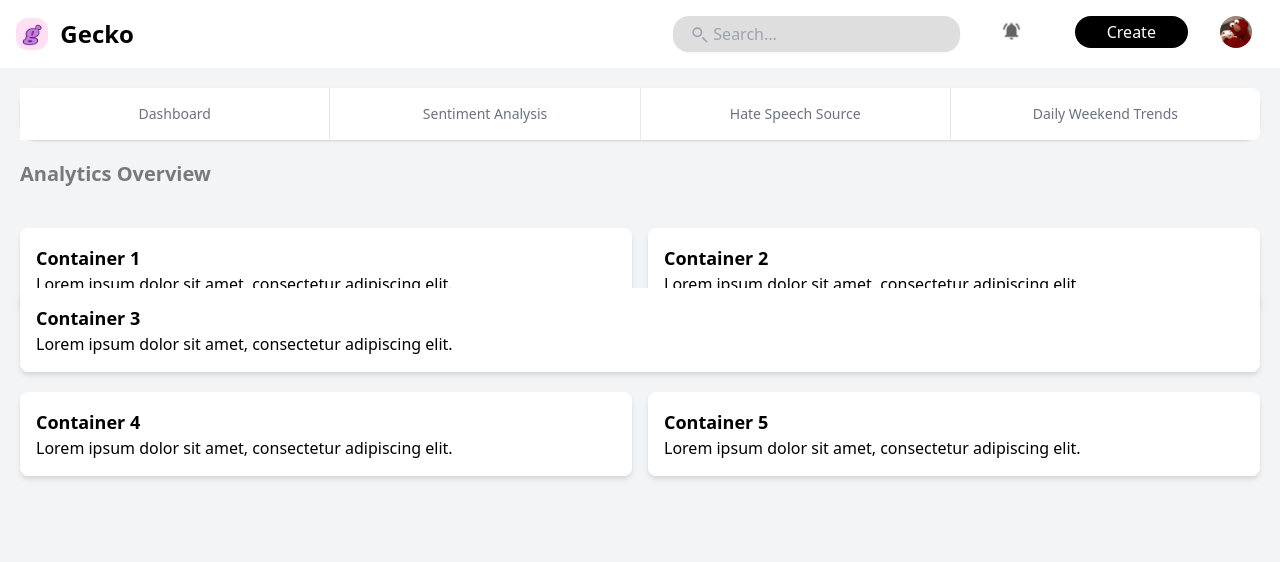
Repository: theamgri/thesis-website-nextjs
Page: website.html
The author's editor kept a copy of each file at every save. The page is drawn from the files as they stood at one save, then again after the next save.
The browser window is 1280 px wide. The pictures show the whole page.

Above is the page before, as saved 2023-10-02 09:26:02.

### website.html
<!DOCTYPE html>
<html lang="en">
<head>
    <meta charset="UTF-8">
    <meta name="viewport" content="width=device-width, initial-scale=1.0">
    <title>Gecko</title>
    <link rel="icon" type="image/x-icon" href="/images/icon.png">
    <link href="https://cdn.jsdelivr.net/npm/tailwindcss@2.2.19/dist/tailwind.min.css" rel="stylesheet">


</head>
<body class="bg-gray-100">

<nav class="bg-white drop-shadow-2xl border-gray-200 dark:bg-gray-900">
    <div class="flex flex-wrap items-center justify-between mx-auto p-4">
      <a href="." class="flex items-center">
          <img src="images/icon.png" class="h-8 mr-3 rounded-xl" alt="Logo" />
          <span class="self-center text-2xl font-semibold whitespace-nowrap dark:text-white">Gecko</span>
      </a>
      <button data-collapse-toggle="navbar-default" type="button" class="inline-flex items-center p-2 w-10 h-10 justify-center text-sm text-gray-500 rounded-lg md:hidden hover:bg-gray-100 focus:outline-none focus:ring-2 focus:ring-gray-200 dark:text-gray-400 dark:hover:bg-gray-700 dark:focus:ring-gray-600" aria-controls="navbar-default" aria-expanded="false">
          <span class="sr-only">Open main menu</span>
          <svg class="w-5 h-5" aria-hidden="true" xmlns="http://www.w3.org/2000/svg" fill="none" viewBox="0 0 17 14">
              <path stroke="currentColor" stroke-linecap="round" stroke-linejoin="round" stroke-width="2" d="M1 1h15M1 7h15M1 13h15"/>
          </svg>
      </button>
      <div class="hidden w-full md:block md:w-auto drop-shadow-2xl" id="navbar-default">
        <ul class="font-medium flex flex-col p-4 md:p-0 mt-4 border border-gray-100 rounded-lg bg-gray-50 md:flex-row md:space-x-8 md:mt-0 md:border-0 md:bg-white dark:bg-gray-800 md:dark:bg-gray-900 dark:border-gray-700">
            <li>
                <div class="relative">
                    <input
                        type="text"
                        placeholder="Search..."
                        class="block w-full py-2 pl-10 pr-4 leading-5 rounded-2xl shadow-sm focus:ring focus:ring-blue-200 border-gray-300" style="background-color: #DEDEDE;"
                    />
                    <div class="absolute inset-y-0 left-0 pl-4 flex items-center pointer-events-none">
                        <svg
                            class="w-5 h-5 text-gray-400"
                            fill="none"
                            stroke="currentColor"
                            viewBox="0 0 24 24"
                            xmlns="http://www.w3.org/2000/svg"
                        >
                            <path
                                stroke-linecap="round"
                                stroke-linejoin="round"
                                stroke-width="2"
                                d="M21 21l-4.35-4.35"
                            />
                            <path
                                stroke-linecap="round"
                                stroke-linejoin="round"
                                stroke-width="2"
                                d="M15 10a5 5 0 11-10 0 5 5 0 0110 0z"
                            />
                        </svg>
                    </div>
                </div>

              </li>
            <li>
              <img src="images/bellbutton.png" class="h-8 mr-3 rounded-xl" alt="Notification Bell" />
          </li>
          <li>
            <button class="bg-black drop-shadow-2xl hover:bg-blue-700 text-white font-normal py-1 px-8 rounded-full">
              Create
            </button>
          </li>
          <li>
            <a href="your-link-here">
                <img src="images/user.jpg" class="h-8 mr-3 rounded-full" alt="Notification Bell" />
            </a>
        </li>


        </ul>
      </div>
    </div>
  </nav>
<!-- //SIDE NAVBAR -->


<div class="sm:hidden">
  <label for="tabs" class="sr-only">Select your country</label>
  <select id="tabs" class="bg-gray-50 border border-gray-300 text-gray-900 text-sm rounded-lg focus:ring-blue-500 focus:border-blue-500 block w-full p-2.5 dark:bg-gray-700 dark:border-gray-600 dark:placeholder-gray-400 dark:text-white dark:focus:ring-blue-500 dark:focus:border-blue-500">
      <option>Profile</option>
      <option>Canada</option>
      <option>France</option>
      <option>Germany</option>
  </select>
</div>
<ul class="m-5 rounded-2xl drop-shadow-xl hidden text-sm font-medium text-center text-gray-500 divide-x divide-gray-200 rounded-lg shadow sm:flex dark:divide-gray-700 dark:text-gray-400">
  <li class="w-full">
      <a href="#" class="inline-block w-full p-4 bg-white hover:text-gray-700 hover:bg-gray-50 focus:ring-4 focus:ring-blue-300 focus:outline-none dark:hover:text-white dark:bg-gray-800 dark:hover:bg-gray-700" aria-current="page">Dashboard</a>
  </li>
  <li class="w-full">
      <a href="#" class="inline-block w-full p-4 bg-white hover:text-gray-700 hover:bg-gray-50 focus:ring-4 focus:ring-blue-300 focus:outline-none dark:hover:text-white dark:bg-gray-800 dark:hover:bg-gray-700">Sentiment Analysis</a>
  </li>
  <li class="w-full">
      <a href="#" class="inline-block w-full p-4 bg-white hover:text-gray-700 hover:bg-gray-50 focus:ring-4 focus:ring-blue-300 focus:outline-none dark:hover:text-white dark:bg-gray-800 dark:hover:bg-gray-700">Hate Speech Source</a>
  </li>
  <li class="w-full">
      <a href="#" class="inline-block w-full p-4 bg-white rounded-r-lg hover:text-gray-700 hover:bg-gray-50 focus:ring-4 focus:outline-none focus:ring-blue-300 dark:hover:text-white dark:bg-gray-800 dark:hover:bg-gray-700">Daily Weekend Trends</a>
  </li>

</ul>



  <!-- <div class="mx-auto w-3/5 overflow-hidden">
    <canvas
      data-te-chart="bar"
      data-te-dataset-label="Traffic"
      data-te-labels="['Monday', 'Tuesday' , 'Wednesday' , 'Thursday' , 'Friday' , 'Saturday' , 'Sunday ']"
      data-te-dataset-data="[2112, 2343, 2545, 3423, 2365, 1985, 987]">
    </canvas>
  </div> -->

  <div class="ml-5 text-left font-bold text-xl opacity-50">
    <h1>Analytics Overview</h1>
  </div>


  <div class="container mx-auto mt-10">
    <div class="m-5 h-10 grid grid-cols-1 md:grid-cols-2 lg:grid-cols-2 xl:grid-cols-2 gap-4">
        <!-- Container 1 -->
        <div class="bg-white p-4 rounded-lg shadow-md">
            <h2 class="text-lg font-semibold">Container 1</h2>
            <p>Lorem ipsum dolor sit amet, consectetur adipiscing elit.</p>
        </div>

        <!-- Container 2 -->
        <div class="bg-white p-4 rounded-lg shadow-md">
            <h2 class="text-lg font-semibold">Container 2</h2>
            <p>Lorem ipsum dolor sit amet, consectetur adipiscing elit.</p>
        </div>
    </div>
    <div class="m-5 grid grid-cols-1 md:grid-cols-1 lg:grid-cols-1 xl:grid-cols-1 gap-4 mt-4">
        <!-- Container 3 -->
        <div class="bg-white p-4 rounded-lg shadow-md">
            <h2 class="text-lg font-semibold">Container 3</h2>
            <p>Lorem ipsum dolor sit amet, consectetur adipiscing elit.</p>
        </div>
    </div>
    <div class="m-5 grid grid-cols-1 md:grid-cols-2 lg:grid-cols-2 xl:grid-cols-2 gap-4 mt-4">
        <!-- Container 4 -->
        <div class="bg-white p-4 rounded-lg shadow-md">
            <h2 class="text-lg font-semibold">Container 4</h2>
            <p>Lorem ipsum dolor sit amet, consectetur adipiscing elit.</p>
        </div>

        <!-- Container 5 -->
        <div class="bg-white p-4 rounded-lg shadow-md">
            <h2 class="text-lg font-semibold">Container 5</h2>
            <p>Lorem ipsum dolor sit amet, consectetur adipiscing elit.</p>
        </div>
    </div>
</div>



</body>
</html>

After the next save:
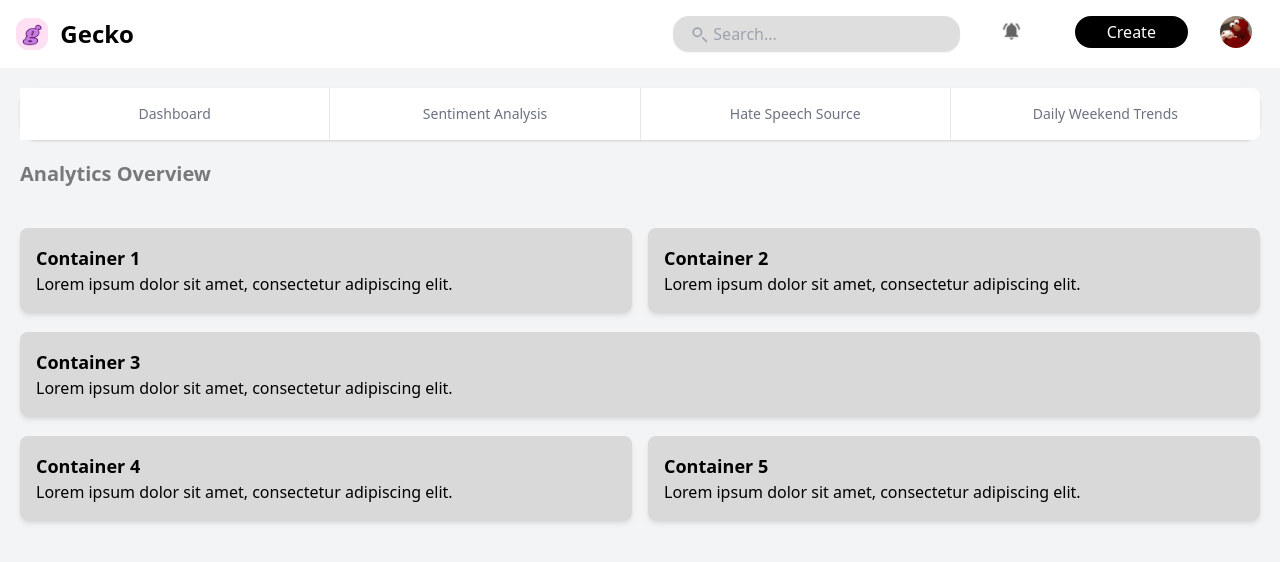
Saved 98 s later.
--- a/website.html
+++ b/website.html
@@ -121,35 +121,35 @@
 
 
   <div class="container mx-auto mt-10">
-    <div class="m-5 h-10 grid grid-cols-1 md:grid-cols-2 lg:grid-cols-2 xl:grid-cols-2 gap-4">
+    <div class="m-5 grid grid-cols-1 md:grid-cols-2 lg:grid-cols-2 xl:grid-cols-2 gap-4">
         <!-- Container 1 -->
-        <div class="bg-white p-4 rounded-lg shadow-md">
+        <div class="bg-white p-4 rounded-lg shadow-md" style="background-color: #D9D9D9;">
             <h2 class="text-lg font-semibold">Container 1</h2>
             <p>Lorem ipsum dolor sit amet, consectetur adipiscing elit.</p>
         </div>
 
         <!-- Container 2 -->
-        <div class="bg-white p-4 rounded-lg shadow-md">
+        <div class="bg-white p-4 rounded-lg shadow-md"  style="background-color: #D9D9D9;">
             <h2 class="text-lg font-semibold">Container 2</h2>
             <p>Lorem ipsum dolor sit amet, consectetur adipiscing elit.</p>
         </div>
     </div>
     <div class="m-5 grid grid-cols-1 md:grid-cols-1 lg:grid-cols-1 xl:grid-cols-1 gap-4 mt-4">
         <!-- Container 3 -->
-        <div class="bg-white p-4 rounded-lg shadow-md">
+        <div class="bg-white p-4 rounded-lg shadow-md" style="background-color: #D9D9D9;">
             <h2 class="text-lg font-semibold">Container 3</h2>
             <p>Lorem ipsum dolor sit amet, consectetur adipiscing elit.</p>
         </div>
     </div>
     <div class="m-5 grid grid-cols-1 md:grid-cols-2 lg:grid-cols-2 xl:grid-cols-2 gap-4 mt-4">
         <!-- Container 4 -->
-        <div class="bg-white p-4 rounded-lg shadow-md">
+        <div class="bg-white p-4 rounded-lg shadow-md" style="background-color: #D9D9D9;">
             <h2 class="text-lg font-semibold">Container 4</h2>
             <p>Lorem ipsum dolor sit amet, consectetur adipiscing elit.</p>
         </div>
 
         <!-- Container 5 -->
-        <div class="bg-white p-4 rounded-lg shadow-md">
+        <div class="bg-white p-4 rounded-lg shadow-md" style="background-color: #D9D9D9;">
             <h2 class="text-lg font-semibold">Container 5</h2>
             <p>Lorem ipsum dolor sit amet, consectetur adipiscing elit.</p>
         </div>
